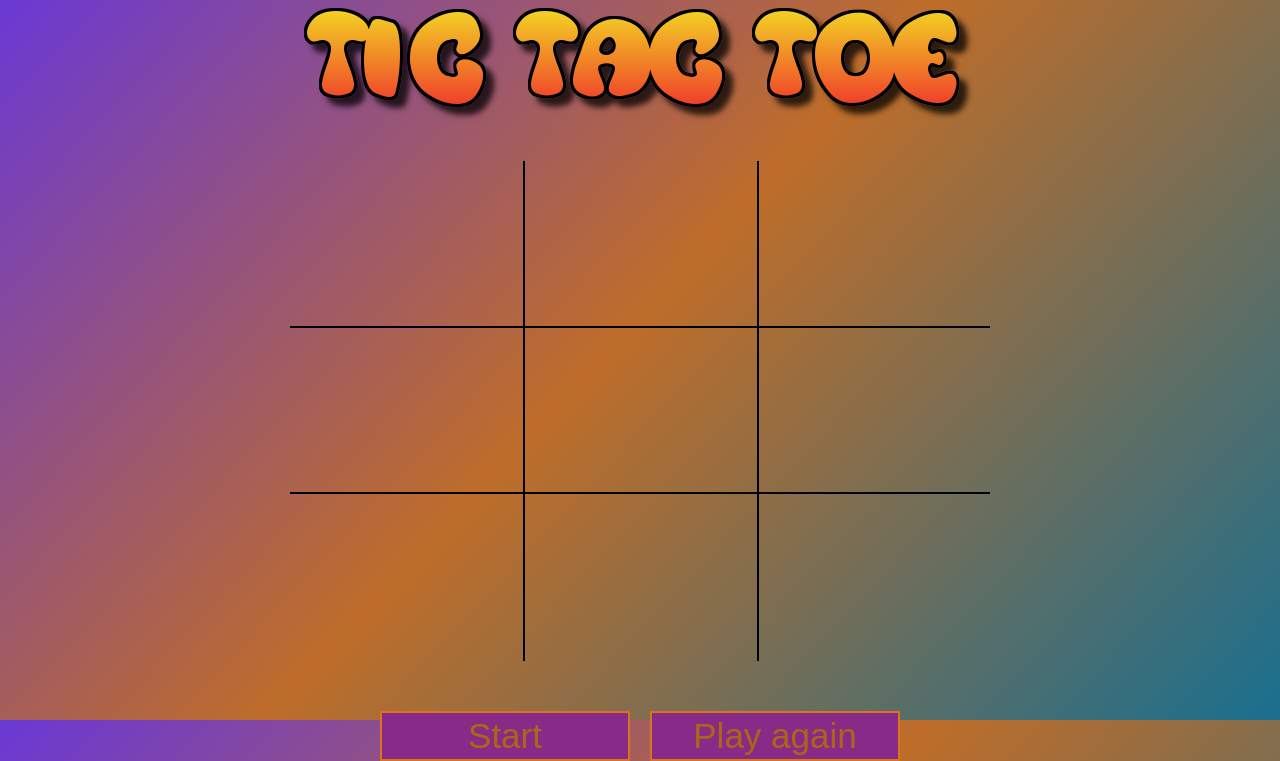
Repository: malx9/Project--5---Tic-Tac-Toe-with-AI
Page: index.html
The author's editor kept a copy of each file at every save. The page is drawn from the files as they stood at one save, then again after a run of saves.
The browser window is 1280 px wide. The pictures show the whole page.
Some web fonts or font styles are not loaded; a fallback is used.

Above is the page before, as saved 2023-12-25 17:50:53.

### index.html
<!DOCTYPE html>
<html lang="en">
  <head>
    <meta charset="UTF-8" />
    <meta name="viewport" content="width=device-width, initial-scale=1.0" />
    <link rel="stylesheet" href="styles.css" />
    <title>Tic Tac Toe</title>
  </head>
  <body>
    <header>
      <img class="logo" src="images/logo.png" />
    </header>
    <main>
      <div class="game--board">
        <div class="square square-1"></div>
        <div class="square square-2"></div>
        <div class="square square-3"></div>
        <div class="square square-4"></div>
        <div class="square square-5"></div>
        <div class="square square-6"></div>
        <div class="square square-7"></div>
        <div class="square square-8"></div>
        <div class="square square-9"></div>
      </div>
      <div class="game--options">
        <button class="game--options__button game--options__start">
          Start
        </button>
        <button class="game--options__button game--options__play">
          Play again
        </button>
      </div>
    </main>
  </body>
</html>

### styles.css
@import url("https://fonts.googleapis.com/css2?family=Concert+One&display=swap");

html {
  height: 100%;
  margin: 0;
  font-family: "Concert One", sans-serif;
}

body {
  margin: 0;
  background: rgb(106, 56, 213);
  background: linear-gradient(
    133deg,
    rgba(106, 56, 213, 1) 0%,
    rgba(190, 109, 41, 1) 48%,
    rgba(25, 111, 143, 1) 100%
  );
}

.logo {
  display: block;
  margin-left: auto;
  margin-right: auto;
  margin-bottom: 30px;
}

.game--board {
  display: grid;
  grid-template-columns: repeat(3, 1fr);
  grid-template-rows: repeat(3, 1fr);
  width: 700px;
  height: 500px;
  margin: auto;
}

.square {
  background-color: transparent;
  border: 2px solid #000000;
  border-top: 0;
  border-right: 0;
}

.square-7,
.square-8,
.square-9 {
  border-bottom: 0;
}

.square-1,
.square-4,
.square-7 {
  border-left: 0;
}

.game--options {
  display: flex;
  justify-content: center;
  align-items: center;
  gap: 20px;
  margin-top: 50px;
}

.game--options__button {
  width: 250px;
  height: 50px;
  background-color: rgb(136, 43, 136);
  border-style: solid;
  border-color: rgb(219, 115, 29);
  font-size: 35px;
  color: rgb(173, 102, 21);
  font-family: "Concert One", sans-serif;
}

After the next 4 saves:
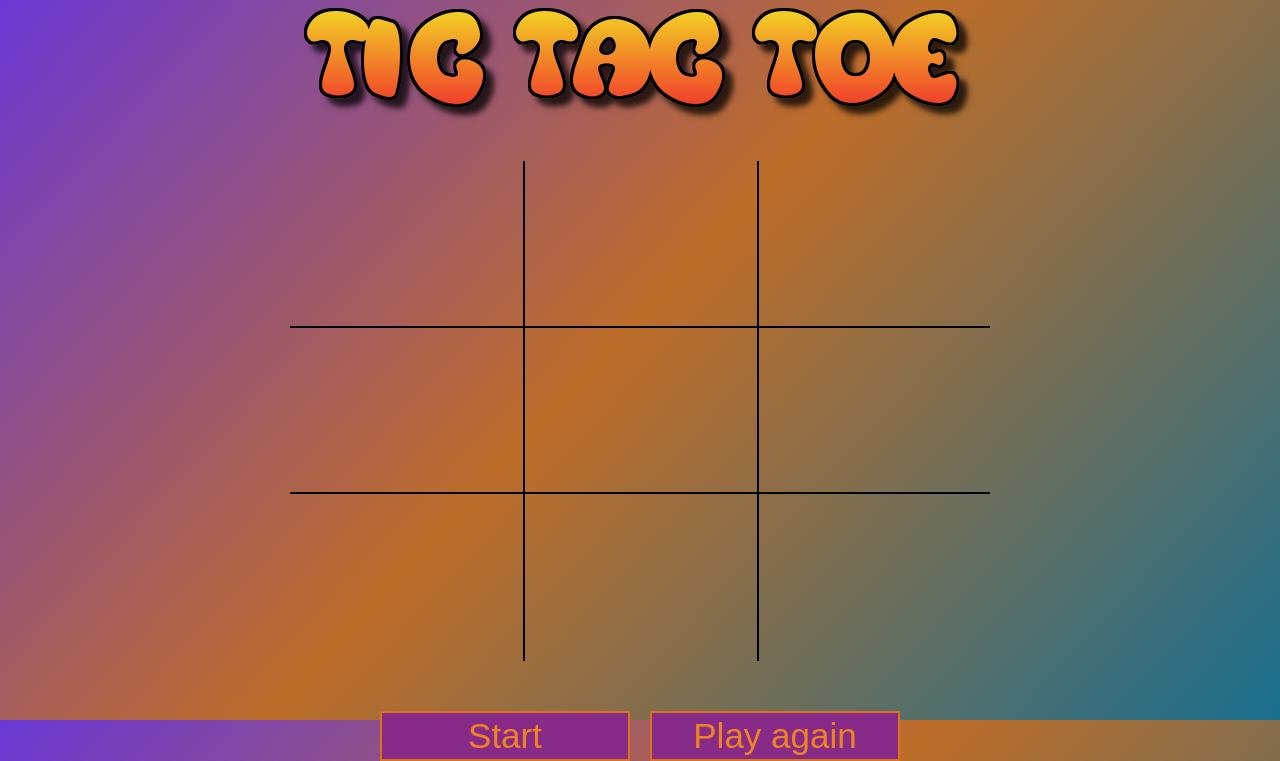
The 4 saves are shown as one change because they came seconds apart.
The last was saved 15 s later.
--- a/styles.css
+++ b/styles.css
@@ -67,6 +67,6 @@ body {
   border-style: solid;
   border-color: rgb(219, 115, 29);
   font-size: 35px;
-  color: rgb(173, 102, 21);
+  color: rgb(238, 132, 32);
   font-family: "Concert One", sans-serif;
 }
